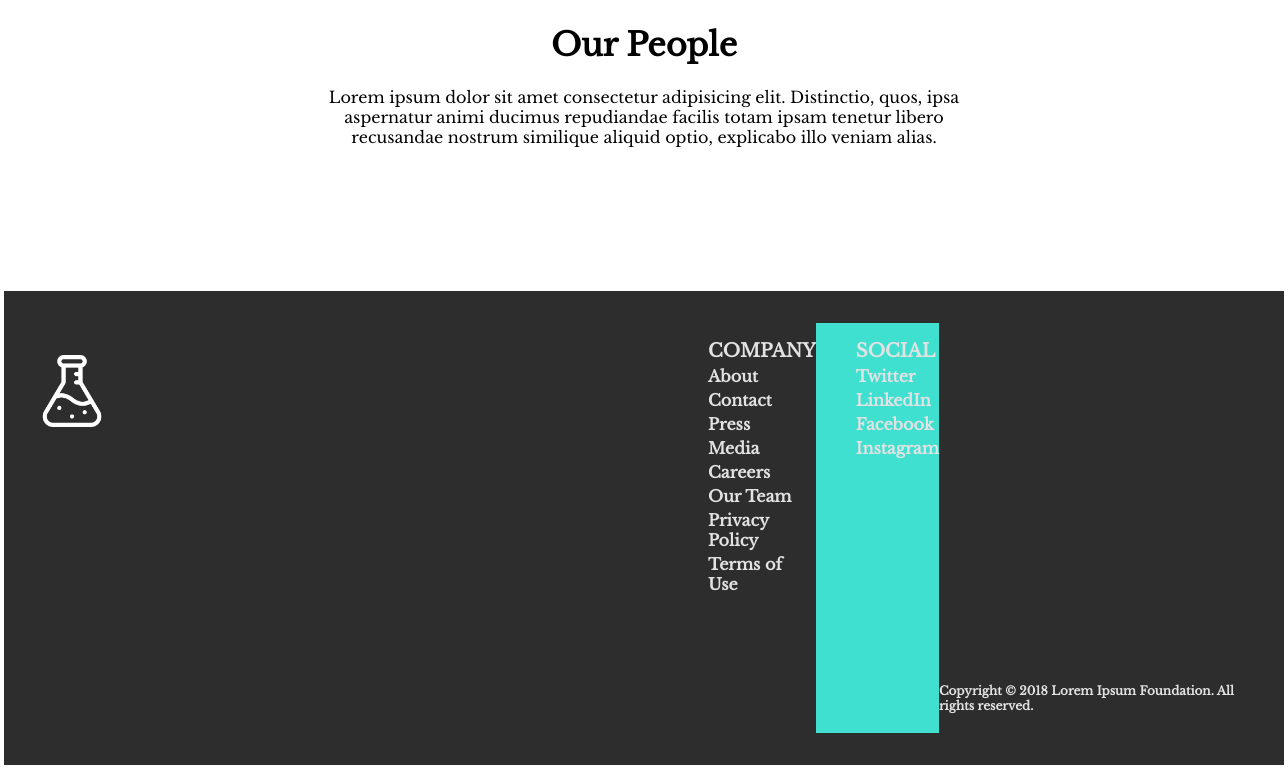
Repository: Tsardines/app
Page: / (app in my-app/)
These files come from the project's save history. The page is drawn as it stood at one moment and after the next save; the edit follows.
The browser window is 1280 px wide. The page is 1288 px wide, so the pictures cover 1288 px, including what lies to the right of the window. The pictures show the whole page.
The page's requests for data from a server got no answer. The project was rebuilt for these pictures with package versions that can differ from the ones it lists, and the page was loaded fresh each time. No one was signed in, and anything a server would have sent is missing.

Above is the page before, as saved 2018-11-14 20:24:09.

After the next save:
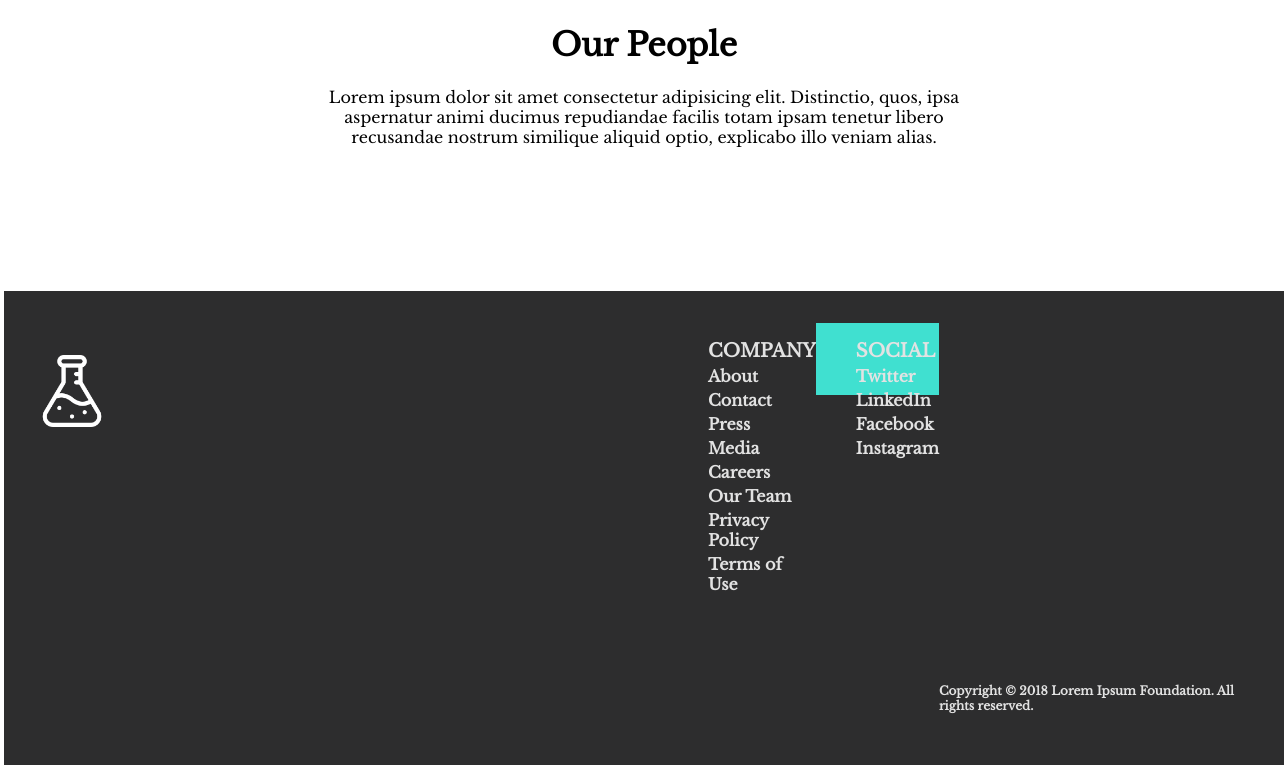
Saved 5 s later.
--- a/my-app/src/components/Footer.css
+++ b/my-app/src/components/Footer.css
@@ -34,6 +34,7 @@
 .right {
     background-color: turquoise;
     float: right;
+    height: 10vh;
     width: 15%;
 }
 
